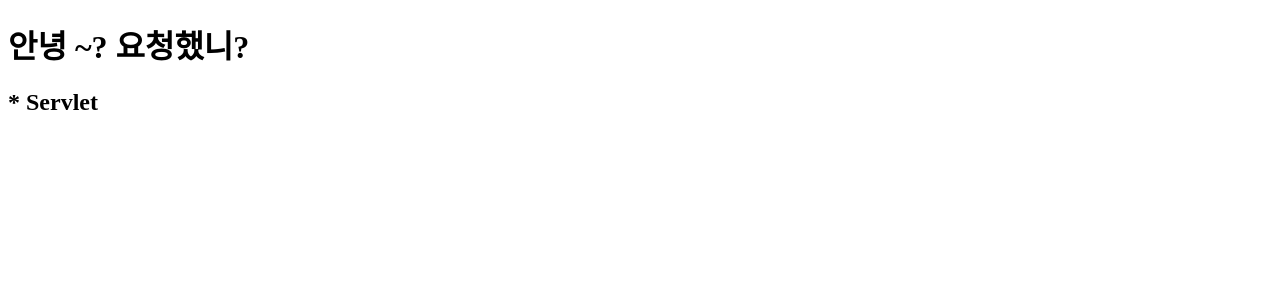
Repository: DonghwanSon1/StudyAndSubwayStore
Page: 1_Servlet/WebContent/index.html
The author's editor kept a copy of each file at every save. The page is drawn from the files as they stood at one save, then again after the next save.
The browser window is 1280 px wide. The pictures show the whole page.

Above is the page before, as saved 2022-05-31 03:15:04.

### 1_Servlet/WebContent/index.html
<!DOCTYPE html>
<html>
<head>
<meta charset="UTF-8">
<title>서버 처음 연결</title>
</head>
<body>
	<!--
		1) 새롭게 워크스페이스를 만들어서 이클립스로 열기
		2) 워크스페이스 셋팅하기(workspace : 작업환경)

			2_1) 웹 어플리케이션 작업을 위해 java EE환경으로 설정(기본값)

			2_2) 보여질 UI탭들 셋팅하기 [window] - [Show View]
				(탭 : Navigator, Console, Problems, Servers)

			2_3) 인코딩 설정 및 서버 Runtime Environment셋팅 [window] - [Preferences]
				(General - workspace)
				(General - Editors - Text Editors - spelling)
				(Web - CSS File, HTML Files, JSP Files)
				(XML - XML Files)
				JSON - JSON Files)

			2_3_2) 서버 Runtime잡기 : 이클립스에서 서버를 실행할 수 있도록 연동하는 과정
					(servers - Runtime Environments)
					-- Add클릭  - 설치한 아파치 톰캣과 동일한 버전 선택 - Next
					- Name 수정가능(안하면 기본값) - Browse 선택 - 내가 압축해제한 아파치 톰캣 폴더 선택 - (Finish)

		3) 서버 생성하기

			3_1) [New] - [Server]

			3_2) 기본적으로 2_3_2번 과정에서 셋팅해놓은 Runtime이 잡혀있을것 ! (Server name만! 변경가능)

			3_3) Finish

			3_4) 생성된 서버 수정하기(만들어진 서버 더블 클릭)
				3_4_1) 포트번호 재설정(기본적으로 잡혀있는 8080포트와 오라클 포트가 동일하므로 충돌이 발생할 수 있다. 8080 -> 8888로 바꿔준다.)

				3_4_2) 왼쪽 하단에 ServerOptions에서 Serve Modules without publishing 체크!!!
					=> 요걸 안하면 output folder에 컴파일된 파일들이 잘 안가는 경우가 생길수 있다.!!
						무조건 꼭꼭꼭꼭꼭꼭 체크!! 중요

		4) Dynamic Web Project 만들기 !! (동적인 웹 어플리케이션)

			4_1) 프로젝트명 신중하게 작성할것 - Next

			4_2) default output folder 경로 재설정 : WebContent/WEB-INF/classes - Next
				=> output folder로 지정된 classes폴더에는 컴파일된 클래스 파일들이 들어간다.
				실제로 프로젝트 배포 시 WebContent폴더가 배포된다. (이 안에 컴파일된 클래스파일들이 있어야함!!)
				기본 경로(build/classes)로 지정해놓으면 해당 그 폴더가 WebContent안에 만들어지지 않음 주의!!!!!

			4_3) Context root : 이 어플리케이션만의 고유한 이름으로 지어줄것 (기본값 == 프로젝트명// 보통 재정의함)
				=> 하나의 서버로 여러개의 어플리케이션을 구동시킬수 있음.
				고유한 이름을 따라서 해당 어플리케이션에 접근하는 경로로 사용 가능하고, 어플리케이션들을 구분할 수 있음

				Content directory : 실제로 배포되는 폴더(즉, 서버에 올라가는 폴더)들의 최상위 폴더명을 지정하는것
									=> default output folder의 WebContent폴더로 지정할 것!!!!!!!!
				Generate web.xml deployment descriptor 무조건 체크할것 !!! (기본적으로 체크 안되어있음)
				=> web.xml => 기본적인 해당 어플리케이션의 전체 설정 정보를 가지고 있는 파일 (서버 실행과 동시에 메이페이지를 지정해줌)
				굳이 파일을  수정할 일 없으면 안만들어도 되지만 (내부적으로 server가 가지고 있는 web.xml파일이 존재하긴함)
				그래도 혹시나 수정을 한다거나 작업할 일이 있을수도있으므로 무조건 만들고 시작하자!!!

			4_4) Finish

		5) 새롭게 만든 Project 확인해보기!!

			5_1) [프로젝트] - [WebContent] - [WEB-INF] - classes폴더 잘 만들어졌는지 확인하기
			5_2) [프로젝트] - [WebContent] - [WEB-INF] - web.xml문서 잘 만들어졌는지 확인하기
			5_3) index.html파일만들기(꼭꼭꼭꼭 WebContent 폴더 내부에 만든다 꼭꼭꼭)

		6) 생성해놓은 서버에 어플리케이션 올리기
			=> 서버 오른쪽 클릭 => Add and Remove - 올리고자 하는 어플리케이션 선택 후 ADD버튼 누르고 - Finish

		7) Server start 후 웹 어플리케이션 요청해서 index 잘 열리는지 확인하기!
	 -->

	<h1>안녕 ~? 요청했니?</h1>

	<h2>* Servlet</h2>



























</body>
</html>

After the next save:
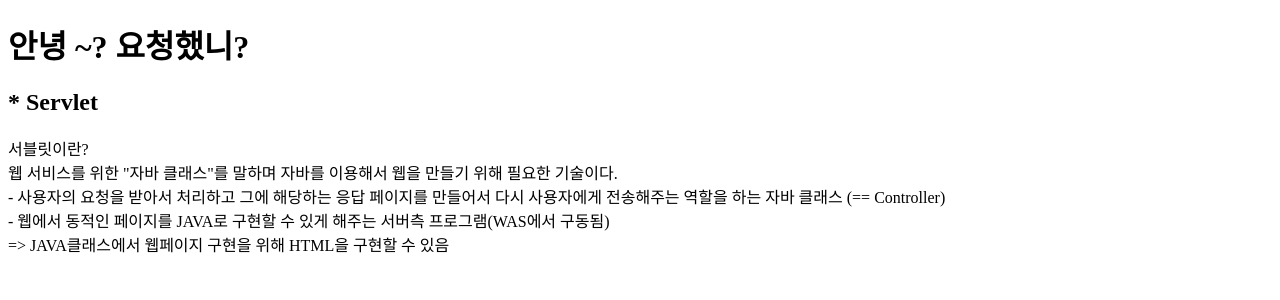
Saved 4 min 49 s later.
--- a/1_Servlet/WebContent/index.html
+++ b/1_Servlet/WebContent/index.html
@@ -79,7 +79,14 @@
 
 	<h2>* Servlet</h2>
 
+	<p>
+		서블릿이란? <br>
+		웹 서비스를 위한 "자바 클래스"를 말하며 자바를 이용해서 웹을 만들기 위해 필요한 기술이다. <br>
+		- 사용자의 요청을 받아서 처리하고 그에 해당하는 응답 페이지를 만들어서 다시 사용자에게 전송해주는 역할을 하는 자바 클래스 (== Controller) <br>
+		- 웹에서 동적인 페이지를 JAVA로 구현할 수 있게 해주는 서버측 프로그램(WAS에서 구동됨) <br>
 
+		=> JAVA클래스에서 웹페이지 구현을 위해 HTML을 구현할 수 있음
+	</p>
 
 
 
